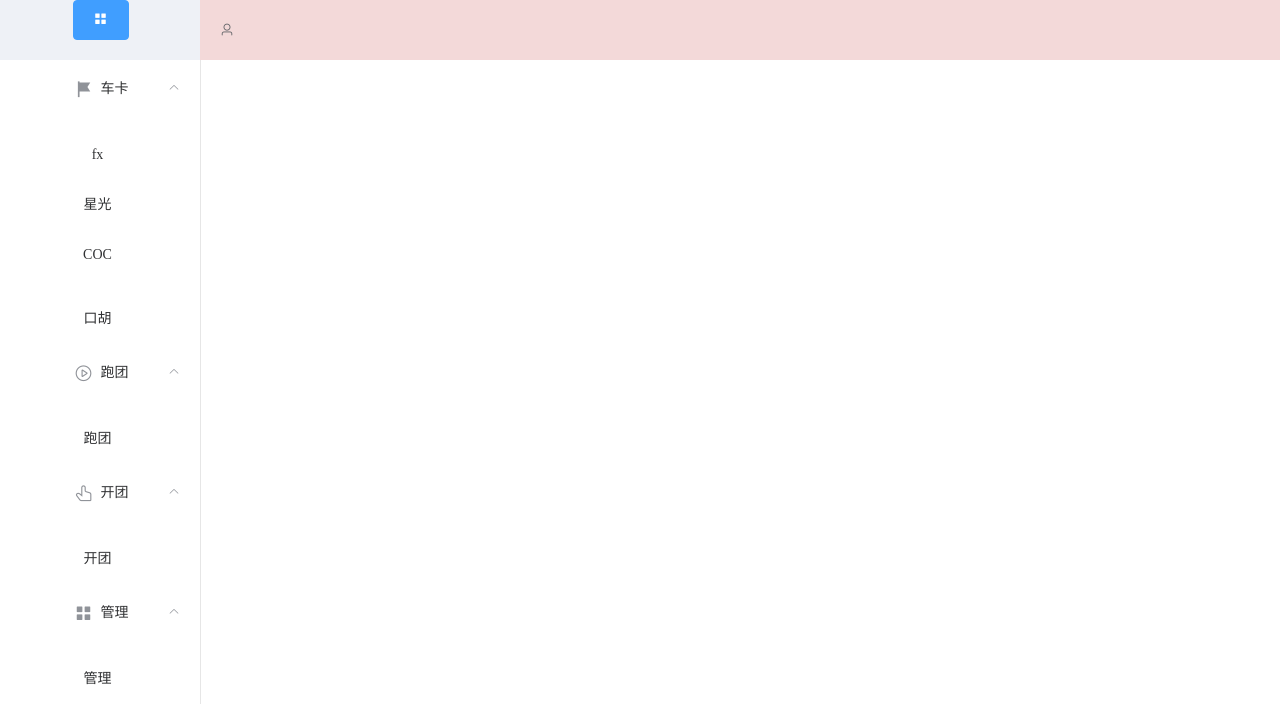
Repository: redlout/ptgkd
Page: /
The author's editor kept a copy of each file at every save. The page is drawn from the files as they stood at one save, then again after the next save.
The browser window is 1280 px wide. The pictures show the whole page.
The project was rebuilt for these pictures with package versions that can differ from the ones it lists, and the page was loaded fresh each time. Also part of the build but not shown: src/mock/mock.js, src/views/Login.vue, src/components/SvgIcon/index.vue.

Above is the page before, as saved 2019-09-02 17:12:05.

### index.html
<!DOCTYPE html>
<html>
  <head>
    <meta charset="utf-8">
    <meta name="viewport" content="width=device-width,initial-scale=1.0">
    <title>ptgkd</title>
  </head>
  <body>
    <div id="app"></div>
    <!-- built files will be auto injected -->
  </body>
</html>

<style>
body{
  margin:0;
  padding:0;
}
</style>

### src/main.js
// import '@/styles/index.scss'
// import 'normalize.css/normalize.css'
import Vue from 'vue'
import App from './App'
import router from './router'

import ElementUI from 'element-ui'
import 'element-ui/lib/theme-chalk/index.css'
import api from './http/index'
import './icons'
import store from './store'

Vue.config.productionTip = false
Vue.use(ElementUI);
Vue.use(api);

// Vue.use(api)
/* eslint-disable no-new */
new Vue({
  el: '#app',
  router,
  store,
  render: h => h(App)
})

### src/router/index.js
import Vue from 'vue'
import Router from 'vue-router'
import HelloWorld from '@/views/HelloWorld'
import Login from '@/views/Login'

Vue.use(Router)

const router = new Router({
  routes: [
    {
      path: '/',
      name: 'HelloWorld',
      component: HelloWorld
    },
    {
      path: '/login',
      name: 'Login',
      component: Login
    }
  ]
})

export default router

### src/http/index.js
// 导入所有接口
import apis from './api'

const install = Vue => {
    if (install.installed)
        return;

    install.installed = true;

    Object.defineProperties(Vue.prototype, {
        // 注意，此处挂载在 Vue 原型的 $api 对象上
        $api: {
            get() {
                return apis
            }
        }
    })
}

export default install

### src/icons/index.js
import Vue from 'vue'
import SvgIcon from '@/components/SvgIcon'// svg component

// register globally
Vue.component('svg-icon', SvgIcon)

const req = require.context('./svg', false, /\.svg$/)
const requireAll = requireContext => requireContext.keys().map(requireContext)
requireAll(req)

### src/store/index.js
import Vue from 'vue'
import vuex from 'vuex'

Vue.use(vuex);
import collapse from './modules/collapse.js'
const store = new vuex.Store({
    modules: {
        collapseState: collapse,
        // menu: mymenu
        // 其他
    }
})

export default store

### src/views/HelloWorld.vue
<template>
<div class="container" >
  <el-container style="height: 100%;" direction="vertical">
    <AsideBar></AsideBar>
    <el-container>
      <HeadBar></HeadBar>
      <el-main></el-main>
    </el-container>
  </el-container>
</div>
</template>

<script>
import AsideBar from "../components/AsideBar/index";
import HeadBar from "../components/HeadBar/index";
export default {
  name: "HelloWorld",
  data() {
    return {
      isCollapse: false
    };
  },
  components: {
    AsideBar,
    HeadBar
  },
  methods: {
    logout: function() {
      var _this = this;
      this.$confirm("确认退出吗?", "提示", {
        type: "warning"
      }).then(() => {
        // sessionStorage.removeItem("user");
        this.$router.push("/login");
      });
    }
  }
};
</script>

<style scoped>
  .container {
    position:absolute;
    top: 0px;
    left: 0px;
    right: 0px;
    background: #4b5f6e;
  }
</style>

### src/http/api.js
import axios from './axios'

const login = data =>{
    return axios({
        url: '/login',
        method: 'post',
        data
    })
}

const logout = () =>{
    return axios({

    })
}

export default{
    login,
    logout
}

### src/store/modules/collapse.js
export default {
    state: {
        collapse:false  // 导航栏收缩状态
    },
    getters: {
        collapse(state){// 对应着上面state
            return collapse;
        }
    },
    mutations: {
        collapse(state){  // 改变收缩状态
            state.collapse = !state.collapse;
        }
    },
    actions: {

    }
}

### src/components/AsideBar/index.vue
<template>
  <el-aside width="initial" style="background-color: rgb(238, 241, 246) ">
        <el-radio-group v-model="isCollapse" style="margin-bottom:20px;">
      <el-radio-button :label="isCollapse">
        <i class="el-icon-menu"></i>
      </el-radio-button>
    </el-radio-group>
    <el-menu
      :default-openeds="['1','2','3','4']"
      class="el-menu-vertical-demo"
      @open="handleOpen"
      @close="handleClose"
      :collapse="isCollapse"
    >
      <el-submenu index="1">
        <template slot="title">
          <i class="el-icon-s-flag"></i>
          <span slot="title">车卡</span>
        </template>
        <el-menu-item-group>
          <el-menu-item index="1-1">fx</el-menu-item>
          <el-menu-item index="1-2">星光</el-menu-item>
          <el-menu-item index="1-3">COC</el-menu-item>
        </el-menu-item-group>
        <el-menu-item-group>
          <el-menu-item index="1-1">口胡</el-menu-item>
        </el-menu-item-group>
      </el-submenu>
      <el-submenu index="2">
        <template slot="title">
          <i class="el-icon-video-play"></i>
          <span slot="title">跑团</span>
        </template>
        <el-menu-item-group>
          <el-menu-item index="2-1">跑团</el-menu-item>
        </el-menu-item-group>
      </el-submenu>
      <el-submenu index="3">
        <template slot="title">
          <i class="el-icon-thumb"></i>
          <span slot="title">开团</span>
        </template>
        <el-menu-item-group>
          <el-menu-item index="3-1">开团</el-menu-item>
        </el-menu-item-group>
      </el-submenu>
      <el-submenu index="4">
        <template slot="title">
          <i class="el-icon-menu"></i>
          <span slot="title">管理</span>
        </template>
        <el-menu-item-group>
          <el-menu-item index="3-1">管理</el-menu-item>
        </el-menu-item-group>
      </el-submenu>
    </el-menu>
  </el-aside>
</template>


<script>
export default {
  name: "AsideBar",
  data() {
    return {
      isCollapse: this.$store.state.collapse
    };
  },
  methods: {
    handleOpen(key, keyPath) {
      // console.log(key, keyPath);
    },
    handleClose(key, keyPath) {
      // console.log(key,keyPath)
    },
    isCollapse: function(){
      return this.$store.state.collapse;
    }
  }
};
</script>

<style>
.el-aside {
  background-color: #d3dce6;
  color: #333;
  text-align: center;
  line-height: 10px;
  position: absolute;
}
  .el-menu-vertical-demo:not(.el-menu--collapse) {
    width: 200px;
    min-height: 400px;
  }
</style>

### src/components/HeadBar/index.vue
<template>
  <el-header :class="this.$store.state.collapse?'menu-bar-collapse-width':'menu-bar-width'">
    <el-dropdown>
      <i class="el-icon-user" style="margin-right: 15px"></i>
      <el-dropdown-menu slot="dropdown">
        <el-dropdown-item>个人信息</el-dropdown-item>
        <el-dropdown-item>管理</el-dropdown-item>
        <el-dropdown-item divided @click="logout">登出</el-dropdown-item>
      </el-dropdown-menu>
    </el-dropdown>
  </el-header>
  <!-- <el-main></el-main> -->
</template>


<style>
.el-header {
  position: absolute;
  background-color: rgb(243, 217, 217);
  left: 200px;
  right: 0px;
  height: 60px;
  line-height: 60px;
}
  .menu-bar-width{
    left: 200px;
  }
    .menu-bar-collapse-width{
    left: 65px;
  }
</style>

### src/http/axios.js
import axios from 'axios';
import qs from 'qs';
import Cookies from "js-cookie";
import router from "@/router"

export default function $axios(options){
    return new Promise((resolve, reject) => {
      console.log(options)
        const instance = axios.create({
            baseURL: 'http://localhost:8080/',
            headers: {'Content-Type': 'application/json;charset=UTF-8'},
            timeout: '10000',
            transformResponse: [function (data){
            }]
        })
        // request 拦截器
        instance.interceptors.request.use(function(config){
                let token = Cookies.get('token')
                console.log(config)
                if(1){
                    config.headers.accessToken = 111
                }else{
                    //重定向到登陆页面
                    router.push('/login')
                }
                if(config.method === 'post'){
                    if(config.data.__proto__ === FormData.prototype
                        || config.url.endsWith('path')
                        || config.url.endsWith('mark')
                        || config.url.endsWith('patchs')
                        ){
                        }else{
                          config.data = qs.stringify(config.data)
                          console.log(config.data)
                        }
                    }
                    return config
                },
                function (error) {
                // 请求超时
                console.log('request:', error)
                if(error.code === 'ECONNABORTED' && error.message.indexOf('timeout') !== -1){
                    console.log('timeout 请求超时')
                }
                // 重定向到错误页面
                const errorInfo = error.response
                console.log(errorInfo)
                if(errorInfo){
                    error = errorInfo.data
                    const errorStatus = errorInfo.statue; // 404 403 500 ...
                    router.push({
                        path:  `/error/${errorStatus}`
                    })
                }
                return Promise.reject(error)
            }
        )
        console.log(11111111111111)
        instance.interceptors.response.use(function(response){
                let data;
                if(response.data == undefined){
                  data = JSON.parse(response.request.responseText)
                }else{
                    data = response.data
                }

                //根据返回的code 来进行不同的处理
                switch(data.rc){
                    case 1:
                        console.log(data.desc)
                        break;
                    case 0:
                        store.commit('changeState')
                    default:

                }
                return data
            },
            function(err){
              console.log(999999)
                if (err && err.response) {
                    switch (err.response.status) {
                      case 400:
                        err.message = '请求错误'
                        break
                      case 401:
                        err.message = '未授权，请登录'
                        break
                      case 403:
                        err.message = '拒绝访问'
                        break
                      case 404:
                        err.message = `请求地址出错: ${err.response.config.url}`
                        break
                      case 408:
                        err.message = '请求超时'
                        break
                      case 500:
                        err.message = '服务器内部错误'
                        break
                      case 501:
                        err.message = '服务未实现'
                        break
                      case 502:
                        err.message = '网关错误'
                        break
                      case 503:
                        err.message = '服务不可用'
                        break
                      case 504:
                        err.message = '网关超时'
                        break
                      case 505:
                        err.message = 'HTTP版本不受支持'
                        break
                      default:
                    }
                  }
                  console.error(err)
                  return Promise.reject(err)
            }
        )
        //请求处理
        instance(options).then(res => {
          console.log(2222222)
            resolve(res)
            return false
        }).catch(error => {
          console.log(33333)
            reject(error)
        })
        console.log(4444)
    })
}

Loaded but not shown: src/App.vue (common file)

After the next save:
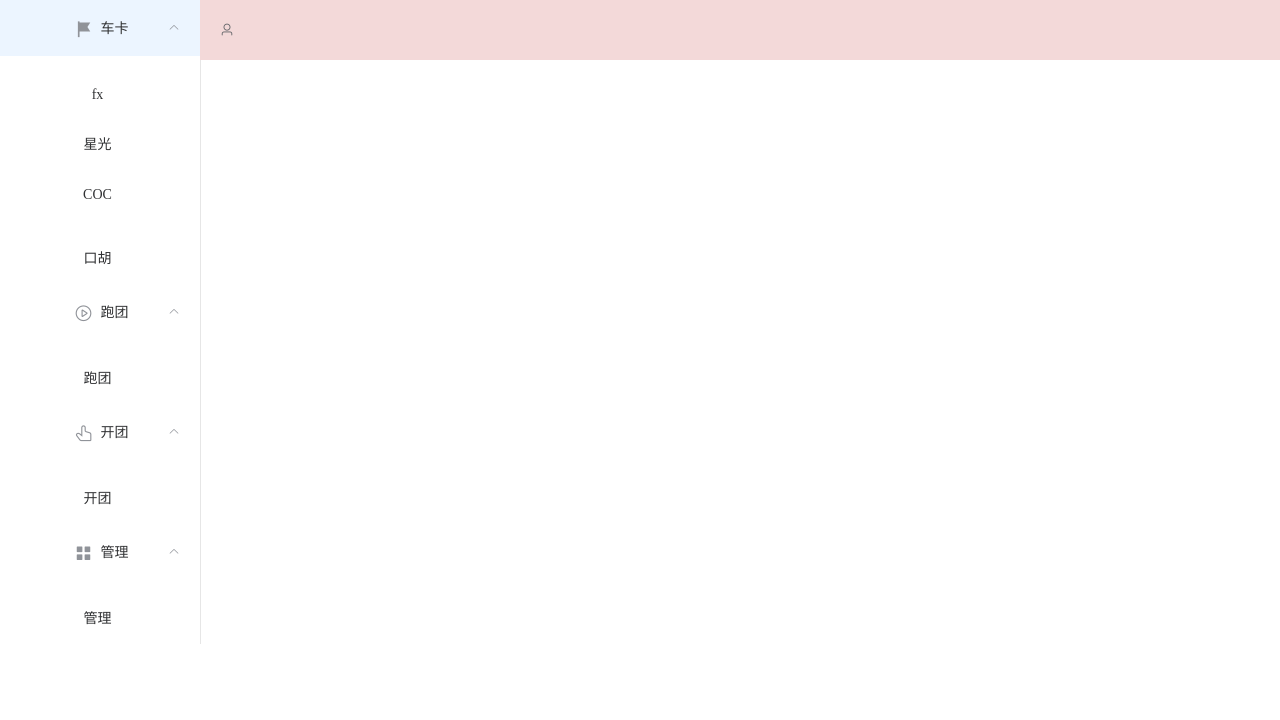
Saved 119 s later.
--- a/src/components/AsideBar/index.vue
+++ b/src/components/AsideBar/index.vue
@@ -1,10 +1,6 @@
 <template>
   <el-aside width="initial" style="background-color: rgb(238, 241, 246) ">
-        <el-radio-group v-model="isCollapse" style="margin-bottom:20px;">
-      <el-radio-button :label="isCollapse">
-        <i class="el-icon-menu"></i>
-      </el-radio-button>
-    </el-radio-group>
+
     <el-menu
       :default-openeds="['1','2','3','4']"
       class="el-menu-vertical-demo"
